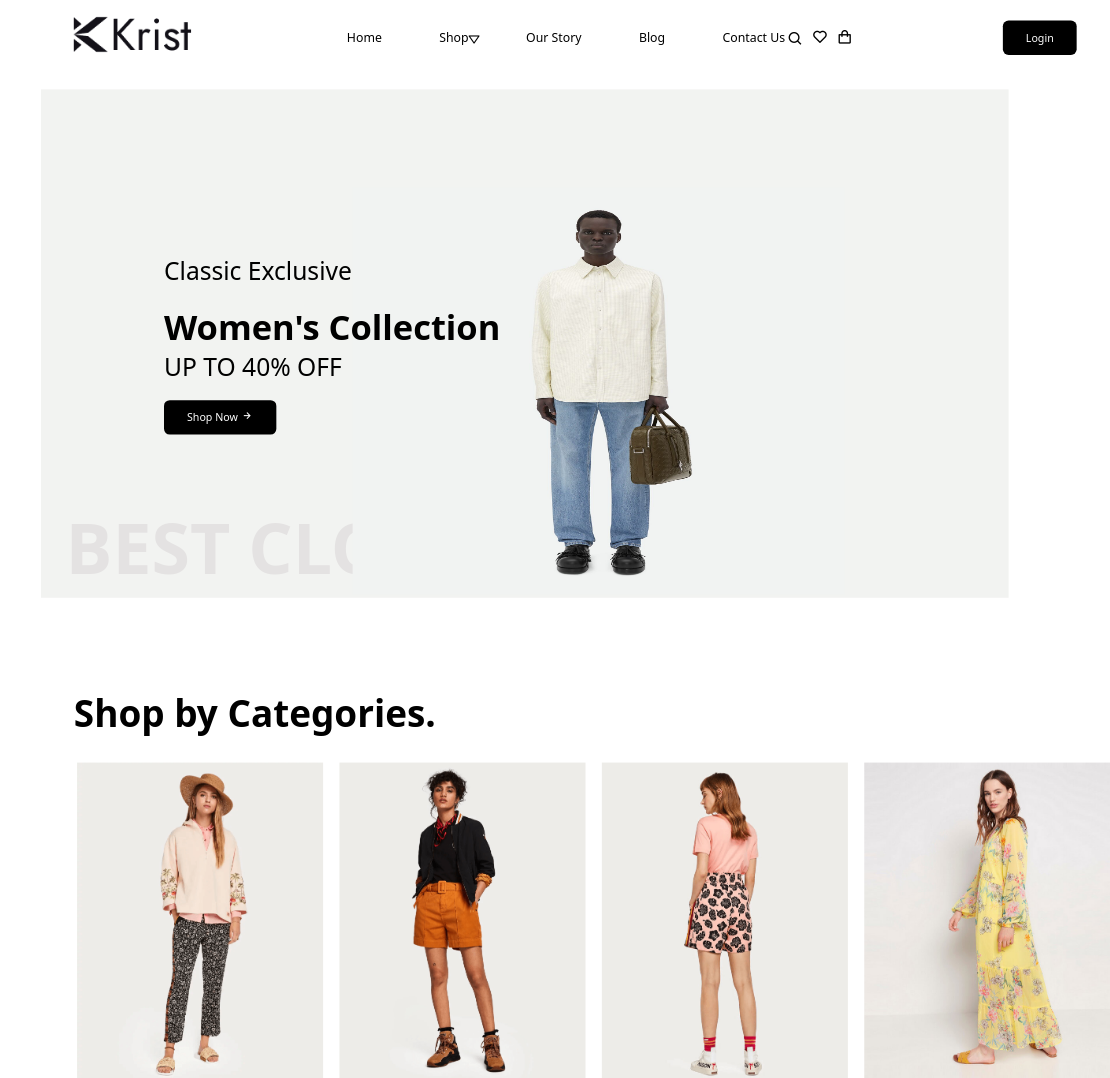
Repository: isaacCodes1/Krist-Website
Page: index.html
The author's editor kept a copy of each file at every save. The page is drawn from the files as they stood at one save, then again after a run of saves.
The browser window is 1280 px wide. The page is 1354 px wide, so the pictures cover 1354 px, including what lies to the right of the window. The pictures show the whole page, at 82% of full size.

Above is the page before, as saved 2024-04-01 10:54:11.

### index.html
<!DOCTYPE html>
<html lang="en">
  <head>
    <meta charset="UTF-8" />
    <meta name="viewport" content="width=device-width, initial-scale=1.0" />
    <link rel="stylesheet" href="style.css" />
    <link
      rel="stylesheet"
      href="https://unpkg.com/boxicons@latest/css/boxicons.min.css"
    />
    <title>Krist Website.</title>
  </head>
  <body>
    <header>
      <nav>
        <div class="navBar">
          <a href="index.html"><img src="/Assets/Group 56.png" alt="" /></a>
          <div class="logoItems">
            <ul>
              <li>Home</li>
              <li class="shop">Shop</li>
              <li>Our Story</li>
              <li>Blog</li>
              <li class="contact">Contact Us</li>
            </ul>
            <button class="login"><a href="Login.html">Login</a></button>
          </div>
          <div class="icons">
            <i class="bx bx-down-arrow"></i>
            <i class="bx bx-search"></i>
            <i class="bx bx-heart"></i>
            <i class="bx bx-shopping-bag"></i>
          </div>
        </div>
      </nav>
    </header>
    <section>
      <div class="landingPage">
        <h2>BEST CLOTHES</h2>
        <img src="/Assets/bot2.jpg" alt="" />
        <div class="landingPageText">
          <p class="classic">Classic Exclusive</p>
          <h1>Women's Collection</h1>
          <p>UP TO 40% OFF</p>
          <button>
            <a href="shop.html"
              >Shop Now <i class="bx bx-right-arrow-alt"></i
            ></a>
          </button>
        </div>
      </div>
    </section>
    <section class="cards">
      <div class="cardstext">
        <h1>Shop by Categories.</h1>
      </div>
      <div class="cardsImg">
        <img class="as1" src="/Assets/1.jpg" alt="" />
        <img src="/Assets/2.jpg" alt="" />
        <img src="/Assets/3.jpg" alt="" />
        <img src="/Assets/4.jpg" alt="" />
      </div>
      <h1 class="a1">CASUAL</h1>
    </section>
  </body>
</html>

### style.css
* {
  margin: 0;
  padding: 0;
  box-sizing: border-box;
  font-family: system-ui, -apple-system, BlinkMacSystemFont, "Segoe UI", Roboto,
    Oxygen, Ubuntu, Cantarell, "Open Sans", "Helvetica Neue", sans-serif;
}
.navBar {
  display: flex;
  align-items: center;
  margin-bottom: 40px;
  position: relative;
}
.navBar img {
  margin-left: 90px;
  padding-top: 20px;
  padding-right: 190px;
}
.logoItems ul {
  display: flex;
  list-style: none;
  padding-top: 20px;
  gap: 70px;
}
.logoItems ul li {
  font-size: 15px;
}
.logoItems ul li:hover {
  transform: scale(1.05);
  font-weight: 700;
}
.shop {
  position: relative;
}
.bx-down-arrow {
  position: absolute;
  left: 570px;
}
.contact {
  position: relative;
}
.bx-search {
  position: absolute;
  right: 300px;
  top: 37px;
  font-size: 20px;
}
.bx-heart {
  position: absolute;
  right: 270px;
  top: 35px;
  font-size: 20px;
}
.bx-shopping-bag {
  position: absolute;
  right: 240px;
  top: 35px;
  font-size: 20px;
}
.bx-down-arrow {
  position: absolute;
  left: 570px;
  top: 40px;
}
.bx-right-arrow-alt {
  font-size: 15px;
}
.landingPage {
  display: flex;
  flex-direction: column;
  background: rgb(242, 243, 241);
  border-radius: 5 px;
  height: 620px;
  margin-bottom: 50px;
  margin-left: 50px;
  margin-right: 50px;
  position: relative;
}

.landingPageText {
  margin-top: 200px;
  margin-left: 150px;
  position: relative;
}
.landingPageText h1 {
  font-size: 42px;
  font-weight: 900;
}
.landingPage h2 {
  font-size: 85px;
  position: absolute;
  top: 500px;
  left: 30px;
  color: #e4e2e2;
}
.classic {
  font-size: 30px;
  font-weight: 500;
  margin-bottom: 10px;
}
.landingPageText p {
  font-size: 30px;
  font-weight: 400;
  margin-bottom: 20px;
}
button {
  padding: 12px 28px;
  background: #000;
  border: 1px;
  border-radius: 7px;
  transition: all 0.42s ease;
}
button a {
  text-decoration: none;
  font-size: 13px;
  color: #fff;
}
button:hover {
  color: #000;
  background: grey;
}
.landingPage img {
  width: 600px;
  position: absolute;
  top: 120px;
  right: 200px;
  background: transparent;
  height: 80%;
}
.login {
  padding: 12px 28px;
  background: #000;
  border: 1px;
  border-radius: 7px;
  margin-left: 800px;
  position: absolute;
  top: 25px;
}
.login a {
  text-decoration: none;
  font-size: 13px;
  color: #fff;
}
.cardstext {
  font-size: 30px;
  margin-left: 90px;
  padding-top: 60px;
  padding-bottom: 30px;
}
.cardsImg {
  display: flex;
  margin-left: 74px;
}
.cardsImg img {
  width: 300px;
  margin-left: 20px;
}
.as1 {
  position: relative;
}
.a1 {
  font-size: 45px;
  color: #000;
  position: absolute;
  top: 950px;
  left: 150px;
  z-index: -1;
}

After the next 2 saves:
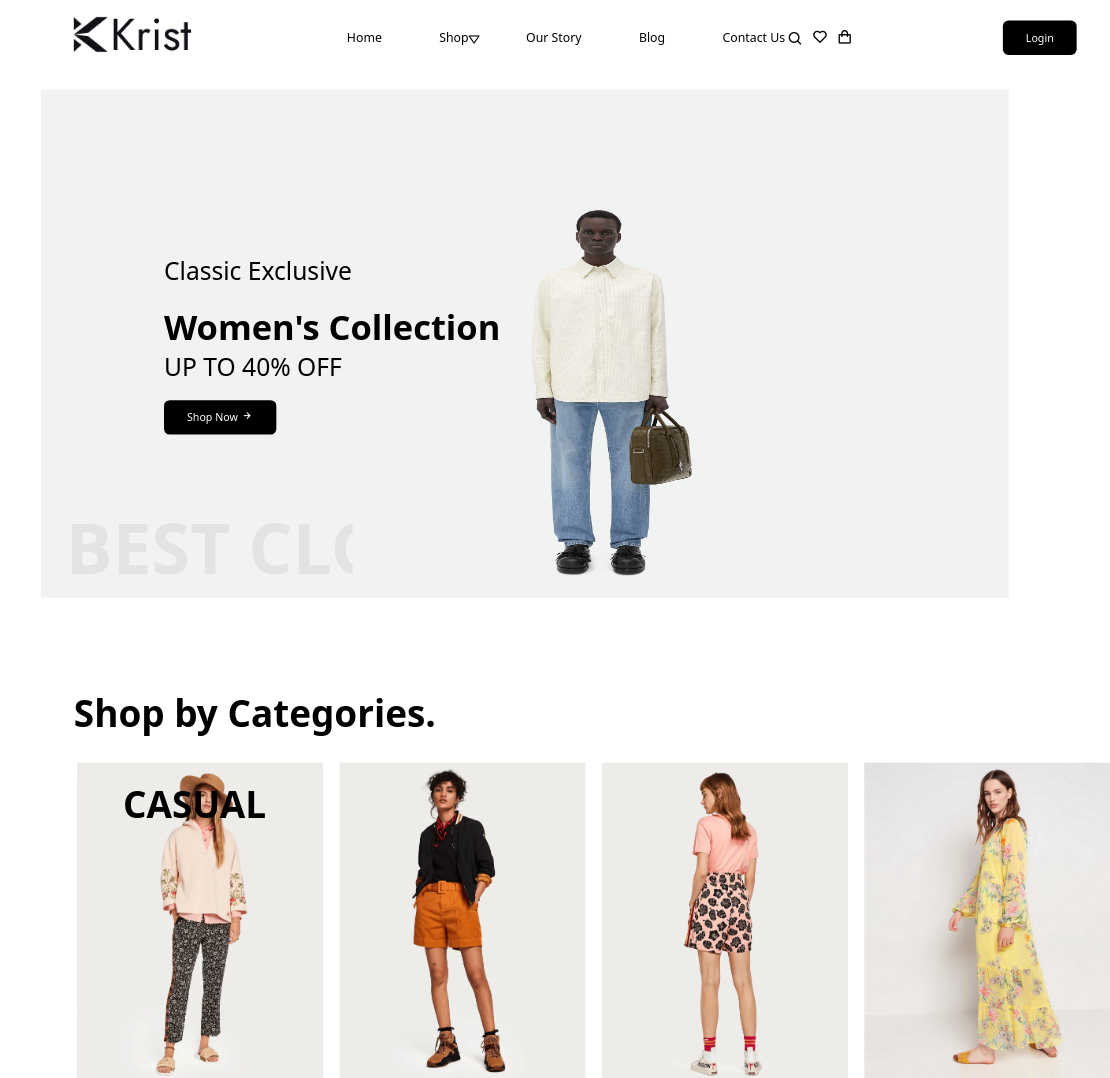
The 2 saves are shown as one change because they came seconds apart.
The last was saved 22 s later.
--- a/style.css
+++ b/style.css
@@ -164,5 +164,5 @@
   position: absolute;
   top: 950px;
   left: 150px;
-  z-index: -1;
+  opacity: 1;
 }

After the 2 saves that followed:
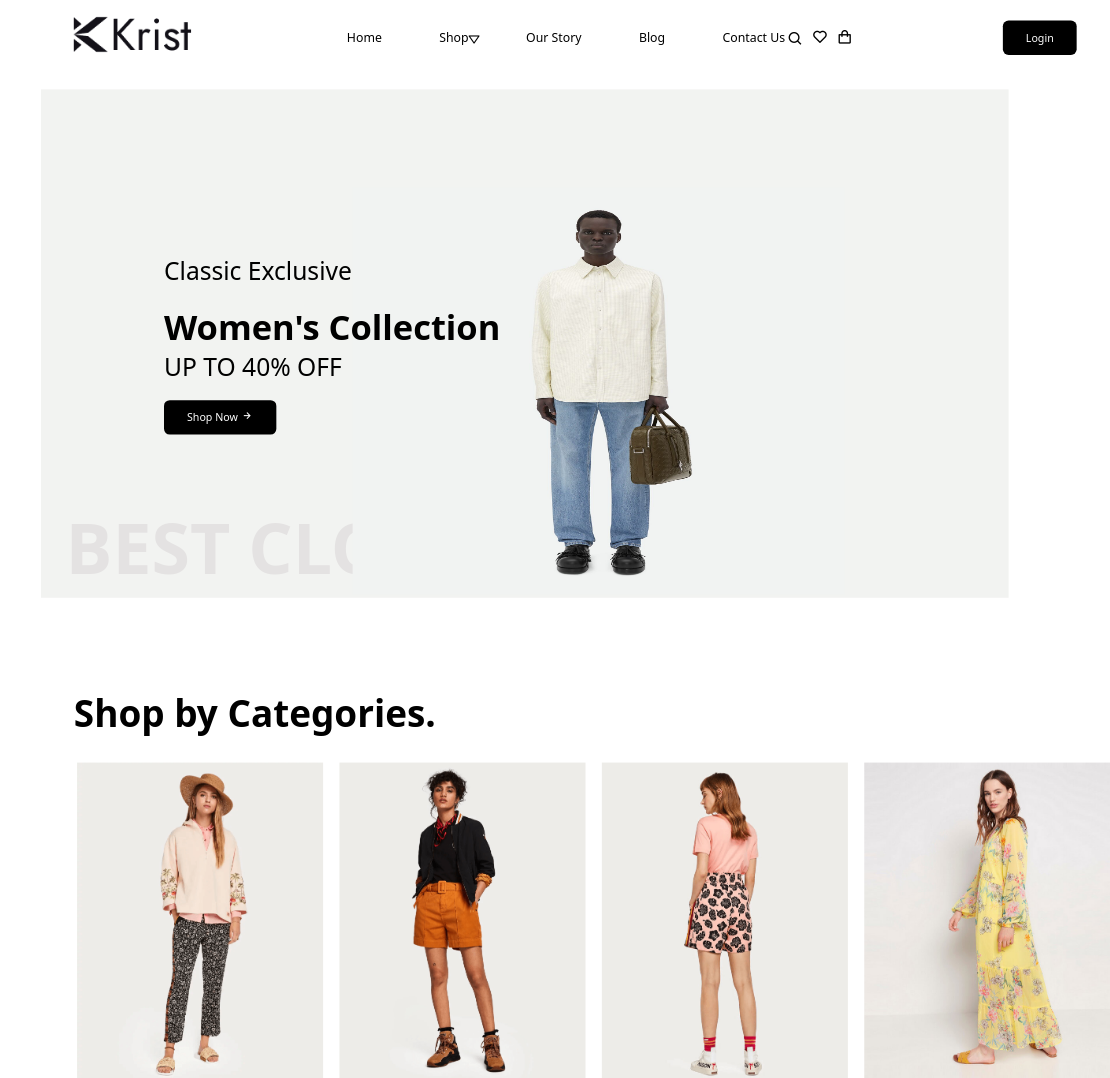
The 2 saves are shown as one change because they came seconds apart.
The last was saved 7 s later.
--- a/style.css
+++ b/style.css
@@ -164,5 +164,5 @@
   position: absolute;
   top: 950px;
   left: 150px;
-  opacity: 1;
+  opacity: -1;
 }
